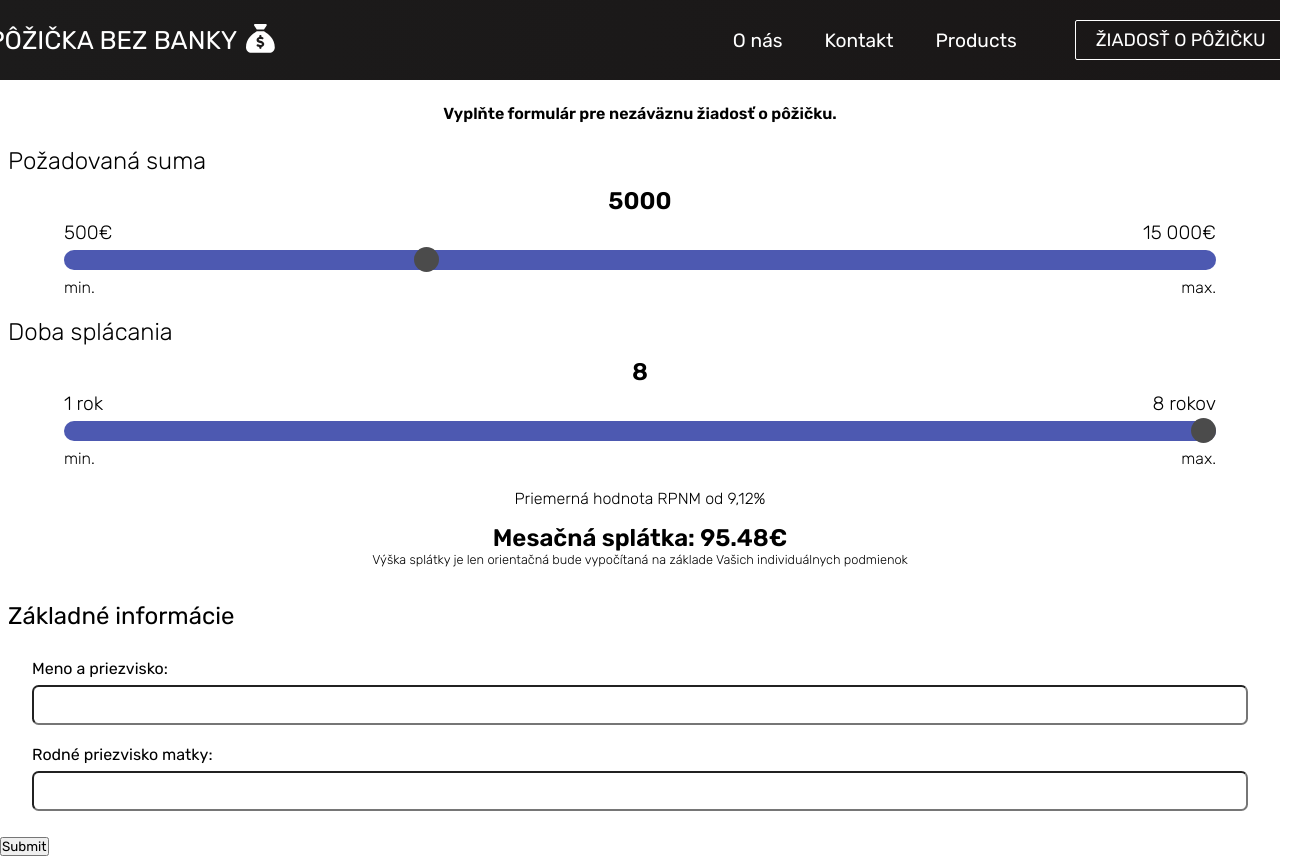
Repository: steve-lgtm/React-website-pozickabezbanky
Page: /ziadost
An editor plug-in stored every save of this project. The page is shown before and after the next save, followed by the edit.
The browser window is 1280 px wide. The page is 1305 px wide, so the pictures cover 1305 px, including what lies to the right of the window. The pictures show the whole page.
Some web libraries are served in a nearby version. The project was rebuilt for these pictures with package versions that can differ from the ones it lists, and the page was loaded fresh each time. Also part of the build but not shown: src/components/pages/Home.js, src/components/pages/Kontakt.js, src/components/pages/Products.js.

Above is the page before, as saved 2022-07-11 19:31:33.

After the next save:
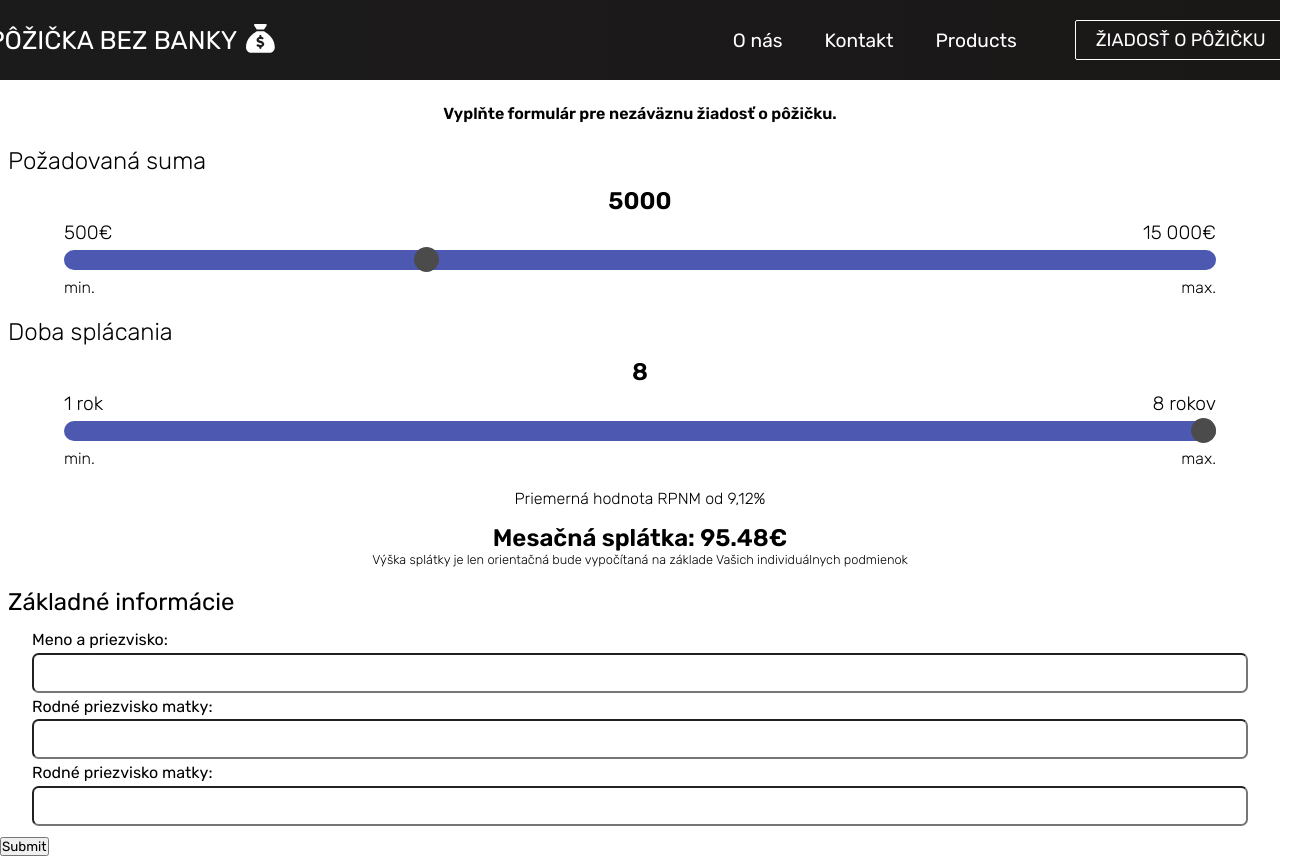
Saved 101 s later.
--- a/src/components/pages/Ziadost.js
+++ b/src/components/pages/Ziadost.js
@@ -135,6 +135,10 @@ export default function Ziadost() {
       <label htmlFor="surnameMom">Rodné priezvisko matky:</label>
       <input type="text" name="surnameMom" id="surnameMom" onChange={formik.handleChange} value={formik.values.surnameMom}/>
             </div>
+            <div className='personal-data-field'>
+      <label htmlFor="surnameMom">Rodné priezvisko matky:</label>
+      <input type="text" name="surnameMom" id="surnameMom" onChange={formik.handleChange} value={formik.values.surnameMom}/>
+            </div>
             </div>
             <button type='submit'>Submit</button>
       </form>
